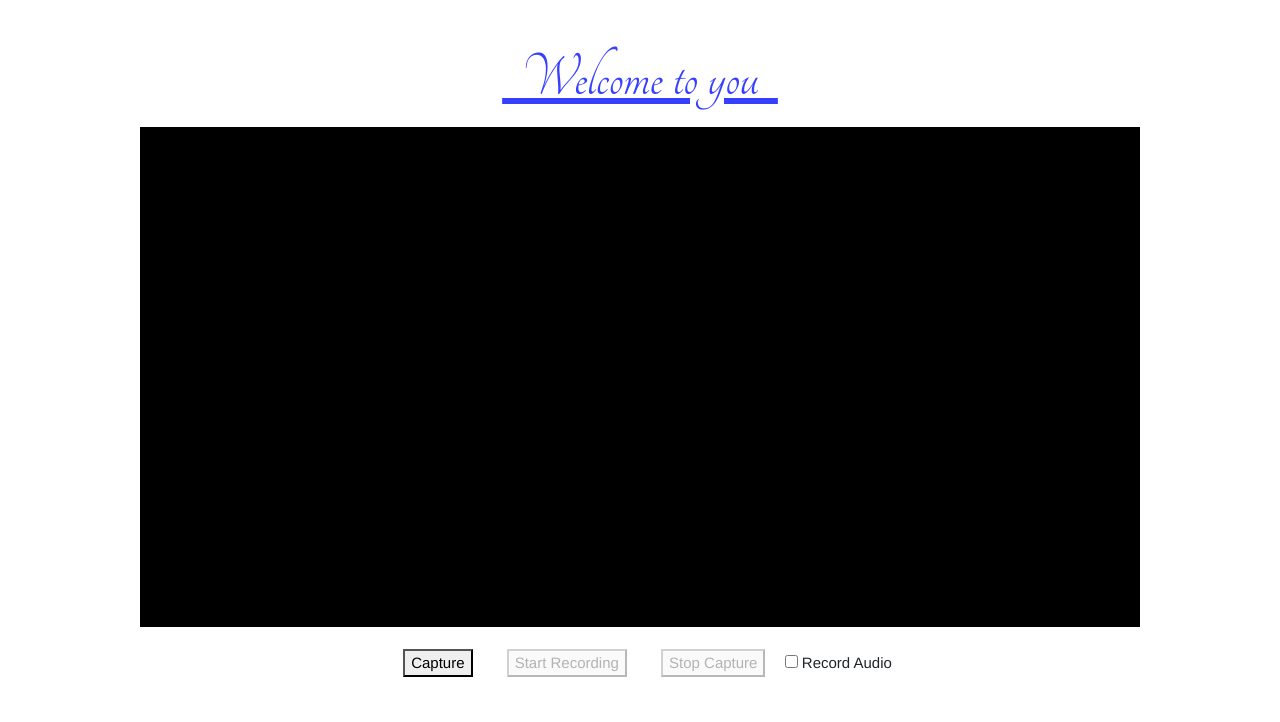
Repository: santiljanomalaj/recording_youtube
Page: index.html
The author's editor kept a copy of each file at every save. The page is drawn from the files as they stood at one save, then again after the next save.
The browser window is 1280 px wide. The pictures show the whole page.

Above is the page before, as saved 2020-04-29 18:52:39.

### index.html
<!DOCTYPE html>
<html lang="en">
  <head>
    <title>video/audio capture</title>
    <meta charset="utf-8" />
    <meta http-equiv="X-UA-Compatible" content="IE=edge" />
    <meta name="viewport" content="width=device-width, initial-scale=1" />

    <link rel="stylesheet" href="./css/bootstrap.min.css" />
    <link rel="stylesheet" href="./css/w3.css" />
    <link
      rel="stylesheet"
      href="https://fonts.googleapis.com/css?family=Tangerine"
    />
    <link rel="stylesheet" href="./css/style.css" />

    <!-- <script>
      if (location.protocol !== "https:") location.protocol = "https:";
    </script> -->
    <!-- import the webpage's stylesheet -->
  </head>
  <body>
    <center>
      <div class="w3-container w3-tangerine">
        <!-- <u style="color: red;"> -->
        <h1 class="w3-jumbo"><u>&nbsp Welcome to you &nbsp</u></h1>
        <!-- </u> -->
      </div>
      <p id="warning">
        Enable chrome://flags/#enable-experimental-web-platform-features
      </p>
      <video
        style="background-color: black; width: 1000px; height: 500px;"
        id="videoElement"
        autoplay
      ></video>
      <br />
      <button id="captureBtn">Capture</button>
      <button id="startBtn" disabled>Start Recording</button>
      <button id="stopBtn" disabled>Stop Capture</button>
      <input type="checkbox" id="audioToggle" />
      <label for="audioToggle">Record Audio</label>
      <a class="btn btn-primary" id="download" href="#" style="display: none;"
        >Download</a
      >
      <a
        type="button"
        class="btn btn-primary"
        id="trim"
        href="https://video-cut.glitch.me/"
        style="display: none;"
        target="trim"
        >Trim Video</a
      >
      <a
        type="button"
        class="btn btn-primary"
        id="convert"
        href="https://convert-to-mp4.glitch.me/"
        style="display: none;"
        target="convert"
        >Convert to MP4</a
      >
    </center>

    <script src="./js/comlink.js"></script>
    <script src="./js/jquery.min.js"></script>
    <script src="./js/popper.min.js"></script>
    <script src="https://maxcdn.bootstrapcdn.com/bootstrap/4.4.1/js/bootstrap.min.js"></script>

    <script>
      if ("getDisplayMedia" in navigator.mediaDevices)
        warning.style.display = "none";

      let blobs;
      let blob;
      let rec;
      let stream;

      captureBtn.onclick = async () => {
        trim.style.display = "none";
        convert.style.display = "none";
        download.style.display = "none";
        let audio = audioToggle.checked || false;

        stream = await navigator.mediaDevices.getDisplayMedia({
          video: true,
          audio: audio,
        });
        stream
          .getVideoTracks()
          .forEach((track) => (track.contentHint = "text"));
        videoElement.srcObject = stream;
        let opts = { mimeType: "video/webm; codecs=h264" };
        blobs = [];
        rec = new MediaRecorder(stream, opts);
        rec.ondataavailable = (e) => blobs.push(e.data);
        rec.onstop = () => {
          blob = new Blob(blobs, { type: "video/mp4" });
          let url = window.URL.createObjectURL(blob);
          download.href = url;
          download.download = "test.mp4";
          download.style.display = "block";
          trim.style.display = "block";
          convert.style.display = "block";
        };
        startBtn.disabled = false;
        captureBtn.disabled = true;
        audioToggle.disabled = true;
      };

      startBtn.onclick = () => {
        startBtn.disabled = true;
        stopBtn.disabled = false;
        rec.start();
      };

      stopBtn.onclick = () => {
        captureBtn.disabled = false;
        startBtn.disabled = true;
        stopBtn.disabled = true;
        audioToggle.disabled = false;
        rec.stop();
        stream.getTracks().forEach((s) => s.stop());
        videoElement.srcObject = null;
        stream = null;
      };

      trim.onclick = async (event) => {
        event.preventDefault();
        let cutWindow = window.open(event.target.href);
        let start = Comlink.proxy(cutWindow);
        setTimeout(async () => {
          let result = await start(
            new File([blob], "test.webm", { type: "video/webm" }),
            "00:00:00"
          );
        }, 1000);
      };

      convert.onclick = async (event) => {
        event.preventDefault();
        let convertWindow = window.open(event.target.href);
        let start = Comlink.proxy(convertWindow);
        setTimeout(async () => {
          let result = await start(
            new File([blob], "test.webm", { type: "video/webm" })
          );
        }, 1000);
      };
    </script>
  </body>
</html>

### css/style.css
/* CSS files add styling rules to your content */

body {
  font-family: "Benton Sans", "Helvetica Neue", helvetica, arial, sans-serif;
  margin: 2em;
}

h1 {
  font-family: "Tangerine", serif;
  color: #373fff;
}

u {
  font-family: "Tangerine", serif;
}

video {
  width: 1000px;
  height: 1000px;
}

button {
  margin: 1em;
  padding: 1;
}

.w3-tangerine {
  font-family: "Tangerine", serif;
}

### js/comlink.js
/**
 * Copyright 2017 Google Inc. All Rights Reserved.
 * Licensed under the Apache License, Version 2.0 (the "License");
 * you may not use this file except in compliance with the License.
 * You may obtain a copy of the License at
 *     http://www.apache.org/licenses/LICENSE-2.0
 * Unless required by applicable law or agreed to in writing, software
 * distributed under the License is distributed on an "AS IS" BASIS,
 * WITHOUT WARRANTIES OR CONDITIONS OF ANY KIND, either express or implied.
 * See the License for the specific language governing permissions and
 * limitations under the License.
 */
(function (factory) {
  if (typeof module === "object" && typeof module.exports === "object") {
    var v = factory(require, exports);
    if (v !== undefined) module.exports = v;
  } else if (typeof define === "function" && define.amd) {
    define(["require", "exports"], factory);
  } else {
    factory([], (self.Comlink = {}));
  }
})(function (require, exports) {
  "use strict";
  Object.defineProperty(exports, "__esModule", { value: true });
  const TRANSFERABLE_TYPES = [ArrayBuffer, MessagePort];
  const uid = Math.floor(Math.random() * Number.MAX_SAFE_INTEGER);
  const proxyValueSymbol = Symbol("proxyValue");
  const throwSymbol = Symbol("throw");
  const proxyTransferHandler = {
    canHandle: (obj) => obj && obj[proxyValueSymbol],
    serialize: (obj) => {
      const { port1, port2 } = new MessageChannel();
      expose(obj, port1);
      return port2;
    },
    deserialize: (obj) => {
      return proxy(obj);
    },
  };
  const throwTransferHandler = {
    canHandle: (obj) => obj && obj[throwSymbol],
    serialize: (obj) => obj.toString() + "\n" + obj.stack,
    deserialize: (obj) => {
      throw Error(obj);
    },
  };
  exports.transferHandlers = new Map([
    ["PROXY", proxyTransferHandler],
    ["THROW", throwTransferHandler],
  ]);
  let pingPongMessageCounter = 0;
  function proxy(endpoint, target) {
    if (isWindow(endpoint)) endpoint = windowEndpoint(endpoint);
    if (!isEndpoint(endpoint))
      throw Error(
        "endpoint does not have all of addEventListener, removeEventListener and postMessage defined"
      );
    activateEndpoint(endpoint);
    return cbProxy(
      async (irequest) => {
        let args = [];
        if (irequest.type === "APPLY" || irequest.type === "CONSTRUCT")
          args = irequest.argumentsList.map(wrapValue);
        const response = await pingPongMessage(
          endpoint,
          Object.assign({}, irequest, { argumentsList: args }),
          transferableProperties(args)
        );
        const result = response.data;
        return unwrapValue(result.value);
      },
      [],
      target
    );
  }
  exports.proxy = proxy;
  function proxyValue(obj) {
    obj[proxyValueSymbol] = true;
    return obj;
  }
  exports.proxyValue = proxyValue;
  function expose(rootObj, endpoint) {
    if (isWindow(endpoint)) endpoint = windowEndpoint(endpoint);
    if (!isEndpoint(endpoint))
      throw Error(
        "endpoint does not have all of addEventListener, removeEventListener and postMessage defined"
      );
    activateEndpoint(endpoint);
    attachMessageHandler(endpoint, async function (event) {
      if (!event.data.id || !event.data.callPath) return;
      const irequest = event.data;
      let that = await irequest.callPath
        .slice(0, -1)
        .reduce((obj, propName) => obj[propName], rootObj);
      let obj = await irequest.callPath.reduce(
        (obj, propName) => obj[propName],
        rootObj
      );
      let iresult = obj;
      let args = [];
      if (irequest.type === "APPLY" || irequest.type === "CONSTRUCT")
        args = irequest.argumentsList.map(unwrapValue);
      if (irequest.type === "APPLY") {
        try {
          iresult = await obj.apply(that, args);
        } catch (e) {
          iresult = e;
          iresult[throwSymbol] = true;
        }
      }
      if (irequest.type === "CONSTRUCT") {
        try {
          iresult = new obj(...args); // eslint-disable-line new-cap
          iresult = proxyValue(iresult);
        } catch (e) {
          iresult = e;
          iresult[throwSymbol] = true;
        }
      }
      if (irequest.type === "SET") {
        obj[irequest.property] = irequest.value;
        // FIXME: ES6 Proxy Handler `set` methods are supposed to return a
        // boolean. To show good will, we return true asynchronously ¯\_(ツ)_/¯
        iresult = true;
      }
      iresult = makeInvocationResult(iresult);
      iresult.id = irequest.id;
      return endpoint.postMessage(iresult, transferableProperties([iresult]));
    });
  }
  exports.expose = expose;
  function wrapValue(arg) {
    // Is arg itself handled by a TransferHandler?
    for (const [key, transferHandler] of exports.transferHandlers) {
      if (transferHandler.canHandle(arg)) {
        return {
          type: key,
          value: transferHandler.serialize(arg),
        };
      }
    }
    // If not, traverse the entire object and find handled values.
    let wrappedChildren = [];
    for (const item of iterateAllProperties(arg)) {
      for (const [key, transferHandler] of exports.transferHandlers) {
        if (transferHandler.canHandle(item.value)) {
          wrappedChildren.push({
            path: item.path,
            wrappedValue: {
              type: key,
              value: transferHandler.serialize(item.value),
            },
          });
        }
      }
    }
    for (const wrappedChild of wrappedChildren) {
      const container = wrappedChild.path
        .slice(0, -1)
        .reduce((obj, key) => obj[key], arg);
      container[wrappedChild.path[wrappedChild.path.length - 1]] = null;
    }
    return {
      type: "RAW",
      value: arg,
      wrappedChildren,
    };
  }
  function unwrapValue(arg) {
    if (exports.transferHandlers.has(arg.type)) {
      const transferHandler = exports.transferHandlers.get(arg.type);
      return transferHandler.deserialize(arg.value);
    } else if (isRawWrappedValue(arg)) {
      for (const wrappedChildValue of arg.wrappedChildren || []) {
        if (!exports.transferHandlers.has(wrappedChildValue.wrappedValue.type))
          throw Error(
            `Unknown value type "${arg.type}" at ${wrappedChildValue.path.join(
              "."
            )}`
          );
        const transferHandler = exports.transferHandlers.get(
          wrappedChildValue.wrappedValue.type
        );
        const newValue = transferHandler.deserialize(
          wrappedChildValue.wrappedValue.value
        );
        replaceValueInObjectAtPath(arg.value, wrappedChildValue.path, newValue);
      }
      return arg.value;
    } else {
      throw Error(`Unknown value type "${arg.type}"`);
    }
  }
  function replaceValueInObjectAtPath(obj, path, newVal) {
    const lastKey = path.slice(-1)[0];
    const lastObj = path.slice(0, -1).reduce((obj, key) => obj[key], obj);
    lastObj[lastKey] = newVal;
  }
  function isRawWrappedValue(arg) {
    return arg.type === "RAW";
  }
  function windowEndpoint(w) {
    if (self.constructor.name !== "Window") throw Error("self is not a window");
    return {
      addEventListener: self.addEventListener.bind(self),
      removeEventListener: self.removeEventListener.bind(self),
      postMessage: (msg, transfer) => w.postMessage(msg, "*", transfer),
    };
  }
  function isEndpoint(endpoint) {
    return (
      "addEventListener" in endpoint &&
      "removeEventListener" in endpoint &&
      "postMessage" in endpoint
    );
  }
  function activateEndpoint(endpoint) {
    if (isMessagePort(endpoint)) endpoint.start();
  }
  function attachMessageHandler(endpoint, f) {
    // Checking all possible types of `endpoint` manually satisfies TypeScript’s
    // type checker. Not sure why the inference is failing here. Since it’s
    // unnecessary code I’m going to resort to `any` for now.
    // if(isWorker(endpoint))
    //   endpoint.addEventListener('message', f);
    // if(isMessagePort(endpoint))
    //   endpoint.addEventListener('message', f);
    // if(isOtherWindow(endpoint))
    //   endpoint.addEventListener('message', f);
    endpoint.addEventListener("message", f);
  }
  function detachMessageHandler(endpoint, f) {
    // Same as above.
    endpoint.removeEventListener("message", f);
  }
  function isMessagePort(endpoint) {
    return endpoint.constructor.name === "MessagePort";
  }
  function isWindow(endpoint) {
    // TODO: This doesn’t work on cross-origin iframes.
    // return endpoint.constructor.name === 'Window';
    return ["window", "length", "location", "parent", "opener"].every(
      (prop) => prop in endpoint
    );
  }
  /**
   * `pingPongMessage` sends a `postMessage` and waits for a reply. Replies are
   * identified by a unique id that is attached to the payload.
   */
  function pingPongMessage(endpoint, msg, transferables) {
    const id = `${uid}-${pingPongMessageCounter++}`;
    return new Promise((resolve) => {
      attachMessageHandler(endpoint, function handler(event) {
        if (event.data.id !== id) return;
        detachMessageHandler(endpoint, handler);
        resolve(event);
      });
      // Copy msg and add `id` property
      msg = Object.assign({}, msg, { id });
      endpoint.postMessage(msg, transferables);
    });
  }
  function cbProxy(cb, callPath = [], target = function () {}) {
    return new Proxy(target, {
      construct(_target, argumentsList, proxy) {
        return cb({
          type: "CONSTRUCT",
          callPath,
          argumentsList,
        });
      },
      apply(_target, _thisArg, argumentsList) {
        // We use `bind` as an indicator to have a remote function bound locally.
        // The actual target for `bind()` is currently ignored.
        if (callPath[callPath.length - 1] === "bind")
          return cbProxy(cb, callPath.slice(0, -1));
        return cb({
          type: "APPLY",
          callPath,
          argumentsList,
        });
      },
      get(_target, property, proxy) {
        if (property === "then" && callPath.length === 0) {
          return { then: () => proxy };
        } else if (property === "then") {
          const r = cb({
            type: "GET",
            callPath,
          });
          return Promise.resolve(r).then.bind(r);
        } else {
          return cbProxy(cb, callPath.concat(property), _target[property]);
        }
      },
      set(_target, property, value, _proxy) {
        return cb({
          type: "SET",
          callPath,
          property,
          value,
        });
      },
    });
  }
  function isTransferable(thing) {
    return TRANSFERABLE_TYPES.some((type) => thing instanceof type);
  }
  function* iterateAllProperties(value, path = [], visited = null) {
    if (!value) return;
    if (!visited) visited = new WeakSet();
    if (visited.has(value)) return;
    if (typeof value === "string") return;
    if (typeof value === "object") visited.add(value);
    if (ArrayBuffer.isView(value)) return;
    yield { value, path };
    const keys = Object.keys(value);
    for (const key of keys)
      yield* iterateAllProperties(value[key], [...path, key], visited);
  }
  function transferableProperties(obj) {
    const r = [];
    for (const prop of iterateAllProperties(obj)) {
      if (isTransferable(prop.value)) r.push(prop.value);
    }
    return r;
  }
  function makeInvocationResult(obj) {
    for (const [type, transferHandler] of exports.transferHandlers) {
      if (transferHandler.canHandle(obj)) {
        const value = transferHandler.serialize(obj);
        return {
          value: { type, value },
        };
      }
    }
    return {
      value: {
        type: "RAW",
        value: obj,
      },
    };
  }
});

Loaded but not shown: css/bootstrap.min.css (library); css/w3.css (library); js/jquery.min.js (library); js/popper.min.js (library)

After the next save:
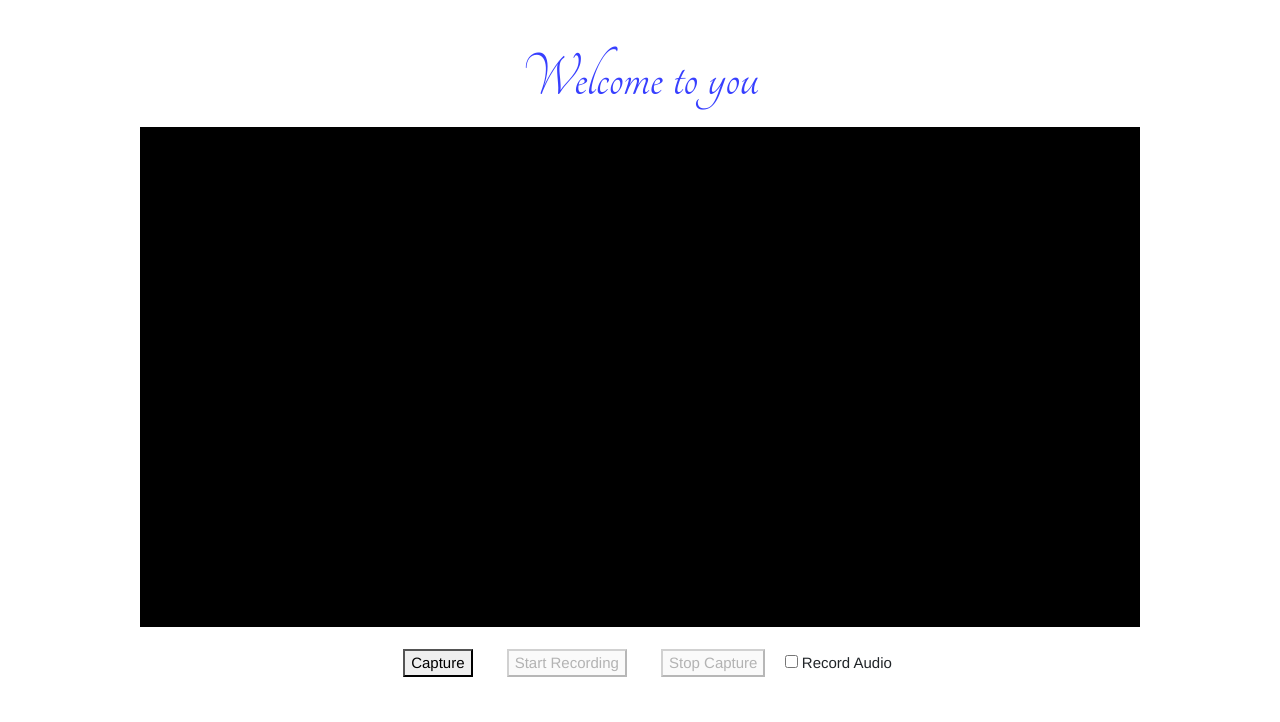
Saved 12 s later.
--- a/index.html
+++ b/index.html
@@ -23,7 +23,7 @@
     <center>
       <div class="w3-container w3-tangerine">
         <!-- <u style="color: red;"> -->
-        <h1 class="w3-jumbo"><u>&nbsp Welcome to you &nbsp</u></h1>
+        <h1 class="w3-jumbo">&nbsp Welcome to you &nbsp</h1>
         <!-- </u> -->
       </div>
       <p id="warning">
